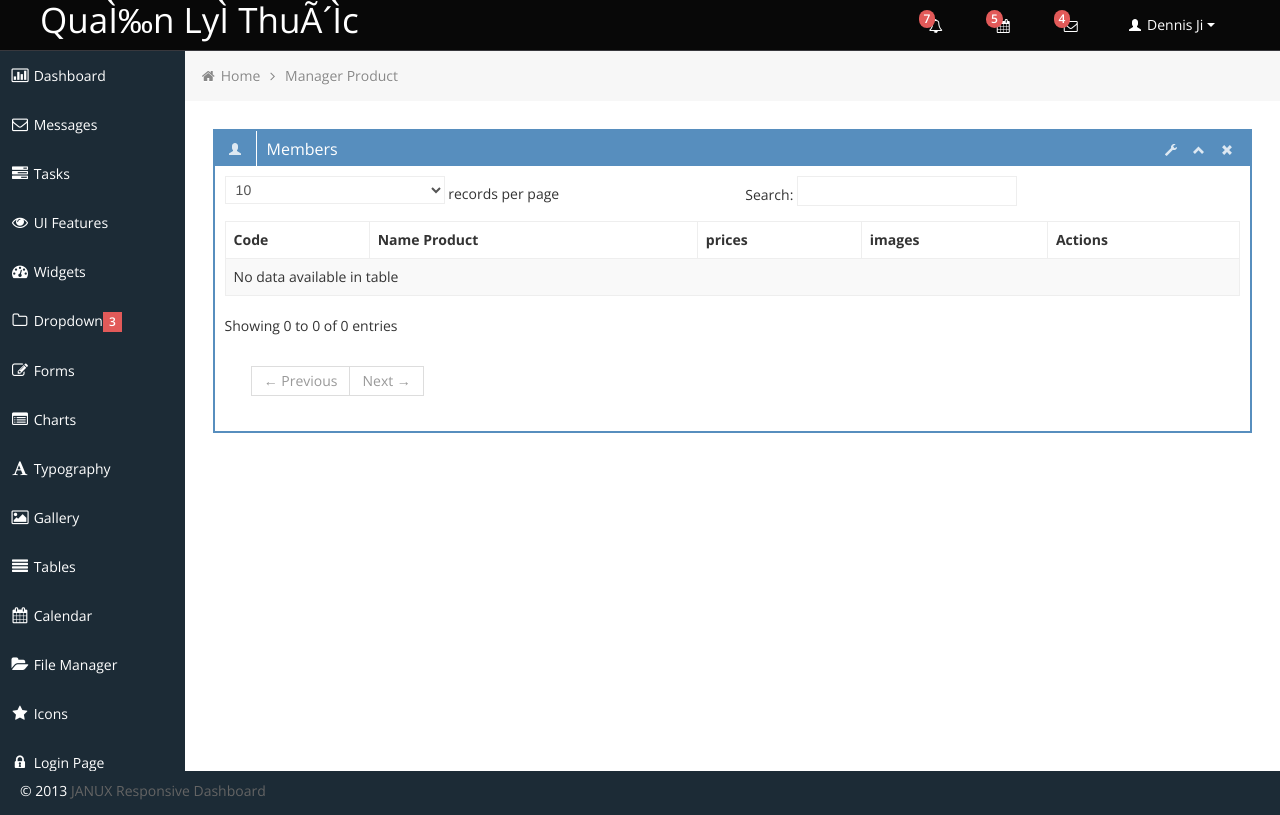
Repository: quangqt/QuanLyThuoc
Page: http://localhost/QuanLyThuoc/
These files come from the project's save history. The page is drawn as it stood at one moment and after the next save; the edit follows.
The browser window is 1280 px wide. The pictures show the whole page.
The page is served by Tomcat 9. Other server files are loaded and not shown. Queries for data that is not in the repository find no rows.

Above is the page before, as saved 2018-05-02 03:23:24.

### web-duoc/QuanLyThuoc/WebContent/WEB-INF/admin/managerProduct.jsp
<%@ page language="java" contentType="text/html; charset=ISO-8859-1"
	pageEncoding="ISO-8859-1"%>
<%@ taglib uri="http://java.sun.com/jsp/jstl/core" prefix="c" %>
<!DOCTYPE html>
<html>
<head>
<meta http-equiv="Content-Type" content="text/html; charset=ISO-8859-1">
<meta http-equiv="Content-Type" content="text/html; charset=UTF-8">
<title>Insert title here</title>
</head>
<body>
	<jsp:include page="_header.jsp"></jsp:include>
	<!-- start: Header -->

	<div class="container-fluid-full">
		<div class="row-fluid">

			<!-- start: Main Menu -->
			<jsp:include page="_menu.jsp"></jsp:include>
			<!-- end: Main Menu -->
			<!-- start: Content -->
			<div id="content" class="span10">


				<ul class="breadcrumb">
					<li><i class="icon-home"></i> <a href="index.html">Home</a> <i
						class="icon-angle-right"></i></li>
					<li><a href="#">Manager Product</a></li>
				</ul>

				<div class="row-fluid sortable">
					<div class="box span12">
						<div class="box-header" data-original-title>
							<h2>
								<i class="halflings-icon white user"></i><span class="break"></span>Members
							</h2>
							<div class="box-icon">
								<a href="#" class="btn-setting"><i
									class="halflings-icon white wrench"></i></a> <a href="#"
									class="btn-minimize"><i
									class="halflings-icon white chevron-up"></i></a> <a href="#"
									class="btn-close"><i class="halflings-icon white remove"></i></a>
							</div>
						</div>
						<div class="box-content">
							<table
								class="table table-striped table-bordered bootstrap-datatable datatable">
								<thead>
									<tr>
										<th>Code</th>
										<th>Name Product</th>
										<th>prices</th>
										<th>images</th>
										<th>Actions</th>
									</tr>
								</thead>
								<tbody>
								<c:forEach items="${lstSanPham}" var="sp">
									<tr>
										<td>${sp.maSp}</td>
										<td class="center">${sp.tenSp }</td>
										<td class="center">${sp.gia }</td>
										<td class="center">${sp.url }</td>
										<td class="center"><a class="btn btn-success" href="#">
												<i class="halflings-icon white zoom-in"></i>
										</a> <a class="btn btn-info" href="#"> <i
												class="halflings-icon white edit"></i>
										</a> <a class="btn btn-danger" href="#"> <i
												class="halflings-icon white trash"></i>
										</a></td>
									</tr>
								</c:forEach>
								</tbody>
							</table>
						</div>
					</div>
					<!--/span-->
				</div>
				<!--/row-->
			</div>
			<!--/.fluid-container-->

			<!-- end: Content -->
		</div>
		<!--/#content.span10-->
	</div>
	<!--/fluid-row-->

	<div class="modal hide fade" id="myModal">
		<div class="modal-header">
			<button type="button" class="close" data-dismiss="modal">×</button>
			<h3>Settings</h3>
		</div>
		<div class="modal-body">
			<p>Here settings can be configured...</p>
		</div>
		<div class="modal-footer">
			<a href="#" class="btn" data-dismiss="modal">Close</a> <a href="#"
				class="btn btn-primary">Save changes</a>
		</div>
	</div>
	<div class="common-modal modal fade" id="common-Modal1" tabindex="-1"
		role="dialog" aria-hidden="true">
		<div class="modal-content">
			<ul class="list-inline item-details">
				<li><a href="http://themifycloud.com">Admin templates</a></li>
				<li><a href="http://themescloud.org">Bootstrap themes</a></li>
			</ul>
		</div>
	</div>
	<div class="clearfix"></div>

	<footer>

	<p>
		<span style="text-align: left; float: left">&copy; 2013 <a
			href="http://themifycloud.com/downloads/janux-free-responsive-admin-dashboard-template/"
			alt="Bootstrap_Metro_Dashboard">JANUX Responsive Dashboard</a></span>

	</p>

	</footer>

	<!-- start: JavaScript-->

	<script src="js/jquery-1.9.1.min.js"></script>
	<script src="js/jquery-migrate-1.0.0.min.js"></script>

	<script src="js/jquery-ui-1.10.0.custom.min.js"></script>

	<script src="js/jquery.ui.touch-punch.js"></script>

	<script src="js/modernizr.js"></script>

	<script src="js/bootstrap.min.js"></script>

	<script src="js/jquery.cookie.js"></script>

	<script src='js/fullcalendar.min.js'></script>

	<script src='js/jquery.dataTables.min.js'></script>

	<script src="js/excanvas.js"></script>
	<script src="js/jquery.flot.js"></script>
	<script src="js/jquery.flot.pie.js"></script>
	<script src="js/jquery.flot.stack.js"></script>
	<script src="js/jquery.flot.resize.min.js"></script>

	<script src="js/jquery.chosen.min.js"></script>

	<script src="js/jquery.uniform.min.js"></script>

	<script src="js/jquery.cleditor.min.js"></script>

	<script src="js/jquery.noty.js"></script>

	<script src="js/jquery.elfinder.min.js"></script>

	<script src="js/jquery.raty.min.js"></script>

	<script src="js/jquery.iphone.toggle.js"></script>

	<script src="js/jquery.uploadify-3.1.min.js"></script>

	<script src="js/jquery.gritter.min.js"></script>

	<script src="js/jquery.imagesloaded.js"></script>

	<script src="js/jquery.masonry.min.js"></script>

	<script src="js/jquery.knob.modified.js"></script>

	<script src="js/jquery.sparkline.min.js"></script>

	<script src="js/counter.js"></script>

	<script src="js/retina.js"></script>

	<script src="js/custom.js"></script>
	<!-- end: JavaScript-->

</body>
</html>

### web-duoc/QuanLyThuoc/WebContent/WEB-INF/admin/_menu.jsp
<%@ page language="java" contentType="text/html; charset=ISO-8859-1"
	pageEncoding="ISO-8859-1"%>
<!DOCTYPE html>
<html>
<head>
<meta http-equiv="Content-Type" content="text/html; charset=ISO-8859-1">
<title>Insert title here</title>
</head>
<body>
	<div id="sidebar-left" class="span2">
		<div class="nav-collapse sidebar-nav">
			<ul class="nav nav-tabs nav-stacked main-menu">
				<li><a href="index.html"><i class="icon-bar-chart"></i><span
						class="hidden-tablet"> Dashboard</span></a></li>
				<li><a href="messages.html"><i class="icon-envelope"></i><span
						class="hidden-tablet"> Messages</span></a></li>
				<li><a href="tasks.html"><i class="icon-tasks"></i><span
						class="hidden-tablet"> Tasks</span></a></li>
				<li><a href="ui.html"><i class="icon-eye-open"></i><span
						class="hidden-tablet"> UI Features</span></a></li>
				<li><a href="widgets.html"><i class="icon-dashboard"></i><span
						class="hidden-tablet"> Widgets</span></a></li>
				<li><a class="dropmenu" href="#"><i
						class="icon-folder-close-alt"></i><span class="hidden-tablet">
							Dropdown</span><span class="label label-important"> 3 </span></a>
					<ul>
						<li><a class="submenu" href="submenu.html"><i
								class="icon-file-alt"></i><span class="hidden-tablet">
									Sub Menu 1</span></a></li>
						<li><a class="submenu" href="submenu2.html"><i
								class="icon-file-alt"></i><span class="hidden-tablet">
									Sub Menu 2</span></a></li>
						<li><a class="submenu" href="submenu3.html"><i
								class="icon-file-alt"></i><span class="hidden-tablet">
									Sub Menu 3</span></a></li>
					</ul></li>
				<li><a href="form.html"><i class="icon-edit"></i><span
						class="hidden-tablet"> Forms</span></a></li>
				<li><a href="chart.html"><i class="icon-list-alt"></i><span
						class="hidden-tablet"> Charts</span></a></li>
				<li><a href="typography.html"><i class="icon-font"></i><span
						class="hidden-tablet"> Typography</span></a></li>
				<li><a href="gallery.html"><i class="icon-picture"></i><span
						class="hidden-tablet"> Gallery</span></a></li>
				<li><a href="table.html"><i class="icon-align-justify"></i><span
						class="hidden-tablet"> Tables</span></a></li>
				<li><a href="calendar.html"><i class="icon-calendar"></i><span
						class="hidden-tablet"> Calendar</span></a></li>
				<li><a href="file-manager.html"><i class="icon-folder-open"></i><span
						class="hidden-tablet"> File Manager</span></a></li>
				<li><a href="icon.html"><i class="icon-star"></i><span
						class="hidden-tablet"> Icons</span></a></li>
				<li><a href="login.html"><i class="icon-lock"></i><span
						class="hidden-tablet"> Login Page</span></a></li>
			</ul>
		</div>
	</div>
</body>
</html>

### web-duoc/QuanLyThuoc/src/com/Servlet/lstProduct.java
package com.Servlet;

import java.io.IOException;
import java.sql.Connection;
import java.sql.SQLException;
import java.util.ArrayList;
import java.util.List;

import javax.servlet.RequestDispatcher;
import javax.servlet.ServletException;
import javax.servlet.annotation.WebServlet;
import javax.servlet.http.HttpServlet;
import javax.servlet.http.HttpServletRequest;
import javax.servlet.http.HttpServletResponse;

import com.Controller.SanPhamController;
import com.Model.SanPham;
import com.Util.MyUtil;

/**
 * Servlet implementation class lstProduct
 */
@WebServlet(urlPatterns = {"/managerProduct"})
public class lstProduct extends HttpServlet {
	private static final long serialVersionUID = 1L;

    /**
     * @see HttpServlet#HttpServlet()
     */
    public lstProduct() {
        super();
        // TODO Auto-generated constructor stub
    }

	/**
	 * @see HttpServlet#doGet(HttpServletRequest request, HttpServletResponse response)
	 */
	protected void doGet(HttpServletRequest request, HttpServletResponse response) throws ServletException, IOException {
		// TODO Auto-generated method stub
		Connection conn = MyUtil.getStoredConnection(request);
		SanPhamController spc = new SanPhamController();
		List<SanPham> lstSp = new ArrayList<SanPham>();

		try {
			lstSp = spc.getListSanPham(conn);
			request.setAttribute("lstSanPham", lstSp);
		} catch (ClassNotFoundException e) {
			// TODO Auto-generated catch block
			e.printStackTrace();
		} catch (SQLException e) {
			// TODO Auto-generated catch block
			request.setAttribute("errorMsg", "thuc  hien cau sql that bai");
		}
		RequestDispatcher dispatcher = this.getServletContext().getRequestDispatcher("/WEB-INF/admin/managerProduct.jsp");

		dispatcher.forward(request, response);
	}

	/**
	 * @see HttpServlet#doPost(HttpServletRequest request, HttpServletResponse response)
	 */
	protected void doPost(HttpServletRequest request, HttpServletResponse response) throws ServletException, IOException {
		// TODO Auto-generated method stub
		doGet(request, response);
	}

}

### web-duoc/QuanLyThuoc/src/com/Connection/ConnectionUtil.java
package com.Connection;

import java.sql.Connection;
import java.sql.SQLException;

public class ConnectionUtil {
	public static Connection getMyConnection() throws SQLException, ClassNotFoundException {
		return SQLServerConnUtils_SQLJDBC.getSQLServerConnection();
	}

	//
	// Test Connection ...
	//
	public static void closeQuietly(Connection conn) {
		try {
			conn.close();
		} catch (Exception e) {
		}
	}

	public static void rollbackQuietly(Connection conn) {
		try {
			conn.rollback();
		} catch (Exception e) {
		}
	}
}

### web-duoc/QuanLyThuoc/src/com/Connection/SQLServerConnUtils_SQLJDBC.java
package com.Connection;

import java.sql.Connection;
import java.sql.DriverManager;
import java.sql.SQLException;

public class SQLServerConnUtils_SQLJDBC {
	 public static Connection getSQLServerConnection()
	         throws SQLException, ClassNotFoundException {
	     String hostName = "localhost";
	     String sqlInstanceName = "SQLEXPRESS";
	     String database = "CongTyDuoc";
	     String userName = "sa";
	     String password = "Abc12345";

	     return getSQLServerConnection(hostName, sqlInstanceName,
	             database, userName, password);
	 }

	 public static Connection getSQLServerConnection(String hostName,
	         String sqlInstanceName, String database, String userName,
	         String password) throws ClassNotFoundException, SQLException {

		 Class.forName("com.microsoft.sqlserver.jdbc.SQLServerDriver");

	     String connectionURL = "jdbc:sqlserver://" + hostName + ":1433"
	             + ";instance=" + sqlInstanceName + ";databaseName=" + database;

	     Connection conn = DriverManager.getConnection(connectionURL, userName,
	             password);
	     return conn;
	 }
}

### web-duoc/QuanLyThuoc/src/com/Util/MyUtil.java
package com.Util;

import java.sql.Connection;

import javax.servlet.ServletRequest;
import javax.servlet.http.Cookie;
import javax.servlet.http.HttpServletRequest;
import javax.servlet.http.HttpServletResponse;
import javax.servlet.http.HttpSession;

import com.Model.NhanVien;

public class MyUtil {
	public static final String ATT_NAME_CONNECTION = "ATTRIBUTE_FOR_CONNECTION";

    private static final String ATT_NAME_USER_NAME = "ATTRIBUTE_FOR_STORE_USER_NAME_IN_COOKIE";

    public static void storeConnection(ServletRequest request, Connection conn) {
        request.setAttribute(ATT_NAME_CONNECTION, conn);
    }

    public static Connection getStoredConnection(ServletRequest request) {
        Connection conn = (Connection) request.getAttribute(ATT_NAME_CONNECTION);
        return conn;
    }

    public static void storeLoginedUser(HttpSession session, NhanVien loginedUser) {
        session.setAttribute("loginedUser", loginedUser);
    }

    public static NhanVien getLoginedUser(HttpSession session) {
    	NhanVien loginedUser = (NhanVien) session.getAttribute("loginedUser");
        return loginedUser;
    }

    public static void storeUserCookie(HttpServletResponse response, NhanVien user) {
        System.out.println("Store user cookie");
        Cookie cookieUserName = new Cookie(ATT_NAME_USER_NAME, user.getTennv());
        cookieUserName.setMaxAge(24 * 60 * 60);
        response.addCookie(cookieUserName);
    }

    public static String getUserNameInCookie(HttpServletRequest request) {
        Cookie[] cookies = request.getCookies();
        if (cookies != null) {
            for (Cookie cookie : cookies) {
                if (ATT_NAME_USER_NAME.equals(cookie.getName())) {
                    return cookie.getValue();
                }
            }
        }
        return null;
    }

    public static void deleteUserCookie(HttpServletResponse response) {
        Cookie cookieUserName = new Cookie(ATT_NAME_USER_NAME, null);
        cookieUserName.setMaxAge(0);
        response.addCookie(cookieUserName);
    }

}

### web-duoc/QuanLyThuoc/src/com/Util/DBUtil.java
package com.Util;

import java.sql.Connection;
import java.sql.PreparedStatement;
import java.sql.ResultSet;
import java.sql.SQLException;

import com.Connection.ConnectionUtil;
import com.Model.NhanVien;

public class DBUtil {
	public static NhanVien findUser(Connection conn,
	            String userName, String password) throws SQLException, ClassNotFoundException {
	        String sql = "select manv,tennv,gioitinh,machucvu from nhanvien "
	                + "where taikhoan = ? and passwork = ?";

	        PreparedStatement pstm = conn.prepareStatement(sql);
	        pstm.setString(1, userName);
	        pstm.setString(2, password);
	        ResultSet rs = pstm.executeQuery();
	        if (rs.next()) {
	        	NhanVien user = new NhanVien();
	        	user.setTk(userName);
	        	user.setMatkhau(password);
	        	return user;
	        	}
	        return null;
	 }

	public static NhanVien findUser(Connection conn, String user) throws SQLException {
		String sql = "select manv,tennv,gioitinh,machucvu from nhanvien" +
					 "where manv = ?";
		PreparedStatement pstm = conn.prepareStatement(sql);
        pstm.setString(1, user);

        ResultSet rs = pstm.executeQuery();

        if (rs.next()) {
            String tennv = rs.getString("tennv");
            NhanVien nhanvien = new NhanVien();
            nhanvien.setTennv(tennv);
            return nhanvien;
        }
        return null;
	}
}

### web-duoc/QuanLyThuoc/WebContent/css/elfinder.theme.css
/**
 * MacOS X like theme for elFinder.
 * Required jquery ui "smoothness" theme.
 *
 * @author Dmitry (dio) Levashov
 **/

/* dialogs */
.std42-dialog, .std42-dialog .ui-widget-content { background-color:#ededed; background-image:none; background-clip: content-box; }

/* navbar */
.elfinder .elfinder-navbar { background:#dde4eb; }
.elfinder-navbar .ui-state-hover  { background:transparent; border-color:transparent; }
.elfinder-navbar .ui-state-active { background: #3875d7;    border-color:#3875d7; color:#fff; }
/* disabled elfinder */
.elfinder-disabled .elfinder-navbar .ui-state-active { background: #dadada; border-color:#aaa; color:#fff; }


/* current directory */
/* selected file in "icons" view */
.elfinder-cwd-view-icons .elfinder-cwd-file .ui-state-hover { background:#ccc; }
/* list view*/
.elfinder-cwd table tr:nth-child(odd) { background-color:#edf3fe; }
.elfinder-cwd table tr { border-top:1px solid #fff; }

/* common selected background/color */
.elfinder-cwd-view-icons .elfinder-cwd-file .elfinder-cwd-filename.ui-state-hover,
.elfinder-cwd table td.ui-state-hover,
.elfinder-button-menu .ui-state-hover { background: #3875d7; color:#fff;}
/* disabled elfinder */
.elfinder-disabled .elfinder-cwd-view-icons .elfinder-cwd-file .elfinder-cwd-filename.ui-state-hover,
.elfinder-disabled .elfinder-cwd table td.ui-state-hover { background:#dadada;}

/* statusbar */
.elfinder .elfinder-statusbar { color:#555; }
.elfinder .elfinder-statusbar a { text-decoration:none; color:#555;}


.std42-dialog .elfinder-help, .std42-dialog .elfinder-help .ui-widget-content { background:#fff;}

/* contextmenu */
.elfinder-contextmenu .ui-state-hover { background: #3875d7; color:#fff; }
.elfinder-contextmenu .ui-state-hover .elfinder-contextmenu-arrow { background-image:url('../img/arrows-active.png'); }

### web-duoc/QuanLyThuoc/WebContent/css/uploadify.css
/*
Uploadify
Copyright (c) 2012 Reactive Apps, Ronnie Garcia
Released under the MIT License <http://www.opensource.org/licenses/mit-license.php>
*/

.uploadify {
	position: relative;
	margin-bottom: 1em;
}
.uploadify-button {
	background-color: #505050;
	background-image: linear-gradient(bottom, #505050 0%, #707070 100%);
	background-image: -o-linear-gradient(bottom, #505050 0%, #707070 100%);
	background-image: -moz-linear-gradient(bottom, #505050 0%, #707070 100%);
	background-image: -webkit-linear-gradient(bottom, #505050 0%, #707070 100%);
	background-image: -ms-linear-gradient(bottom, #505050 0%, #707070 100%);
	background-image: -webkit-gradient(
		linear,
		left bottom,
		left top,
		color-stop(0, #505050),
		color-stop(1, #707070)
	);
	background-position: center top;
	background-repeat: no-repeat;
	-webkit-border-radius: 30px;
	-moz-border-radius: 30px;
	border-radius: 30px;
	border: 2px solid #808080;
	color: #FFF;
	font: bold 12px Arial, Helvetica, sans-serif;
	text-align: center;
	text-shadow: 0 -1px 0 rgba(0,0,0,0.25);
	width: 100%;
}
.uploadify:hover .uploadify-button {
	background-color: #606060;
	background-image: linear-gradient(top, #606060 0%, #808080 100%);
	background-image: -o-linear-gradient(top, #606060 0%, #808080 100%);
	background-image: -moz-linear-gradient(top, #606060 0%, #808080 100%);
	background-image: -webkit-linear-gradient(top, #606060 0%, #808080 100%);
	background-image: -ms-linear-gradient(top, #606060 0%, #808080 100%);
	background-image: -webkit-gradient(
		linear,
		left bottom,
		left top,
		color-stop(0, #606060),
		color-stop(1, #808080)
	);
	background-position: center bottom;
}
.uploadify-button.disabled {
	background-color: #D0D0D0;
	color: #808080;
}
.uploadify-queue {
	margin-bottom: 1em;
}
.uploadify-queue-item {
	background-color: #F5F5F5;
	-webkit-border-radius: 3px;
	-moz-border-radius: 3px;
	border-radius: 3px;
	font: 11px Verdana, Geneva, sans-serif;
	margin-top: 5px;
	max-width: 350px;
	padding: 10px;
}
.uploadify-error {
	background-color: #FDE5DD !important;
}
.uploadify-queue-item .cancel a {
	background: url('../img/uploadify-cancel.png') 0 0 no-repeat;
	float: right;
	height:	16px;
	text-indent: -9999px;
	width: 16px;
}
.uploadify-queue-item.completed {
	background-color: #E5E5E5;
}
.uploadify-progress {
	background-color: #E5E5E5;
	margin-top: 10px;
	width: 100%;
}
.uploadify-progress-bar {
	background-color: #0099FF;
	height: 3px;
	width: 1px;
}

Loaded but not shown: web-duoc/QuanLyThuoc/WebContent/css/bootstrap.min.css (library); web-duoc/QuanLyThuoc/WebContent/css/bootstrap-responsive.min.css (library); web-duoc/QuanLyThuoc/WebContent/js/jquery-1.9.1.min.js (library); web-duoc/QuanLyThuoc/WebContent/js/jquery-migrate-1.0.0.min.js (library); web-duoc/QuanLyThuoc/WebContent/js/jquery-ui-1.10.0.custom.min.js (library); web-duoc/QuanLyThuoc/WebContent/js/jquery.ui.touch-punch.js (library); web-duoc/QuanLyThuoc/WebContent/js/modernizr.js (library); web-duoc/QuanLyThuoc/WebContent/js/bootstrap.min.js (library); web-duoc/QuanLyThuoc/WebContent/js/jquery.cookie.js (common file); web-duoc/QuanLyThuoc/WebContent/js/fullcalendar.min.js (library); web-duoc/QuanLyThuoc/WebContent/js/jquery.dataTables.min.js (library); web-duoc/QuanLyThuoc/WebContent/js/jquery.flot.js (library); web-duoc/QuanLyThuoc/WebContent/js/jquery.flot.pie.js (library); web-duoc/QuanLyThuoc/WebContent/js/jquery.flot.stack.js (library); web-duoc/QuanLyThuoc/WebContent/js/jquery.flot.resize.min.js (common file); web-duoc/QuanLyThuoc/WebContent/js/jquery.chosen.min.js (library); web-duoc/QuanLyThuoc/WebContent/js/jquery.uniform.min.js (library); web-duoc/QuanLyThuoc/WebContent/js/jquery.cleditor.min.js (library); web-duoc/QuanLyThuoc/WebContent/js/jquery.noty.js (library); web-duoc/QuanLyThuoc/WebContent/js/jquery.elfinder.min.js (library); web-duoc/QuanLyThuoc/WebContent/js/jquery.raty.min.js (library); web-duoc/QuanLyThuoc/WebContent/js/jquery.iphone.toggle.js (library); web-duoc/QuanLyThuoc/WebContent/js/jquery.uploadify-3.1.min.js (library); web-duoc/QuanLyThuoc/WebContent/js/jquery.gritter.min.js (library); web-duoc/QuanLyThuoc/WebContent/js/jquery.imagesloaded.js (library); web-duoc/QuanLyThuoc/WebContent/js/jquery.masonry.min.js (library); web-duoc/QuanLyThuoc/WebContent/js/jquery.knob.modified.js (library); web-duoc/QuanLyThuoc/WebContent/js/jquery.sparkline.min.js (library); web-duoc/QuanLyThuoc/WebContent/css/jquery-ui-1.8.21.custom.css (library); web-duoc/QuanLyThuoc/WebContent/css/jquery.cleditor.css (common file); web-duoc/QuanLyThuoc/WebContent/css/jquery.noty.css (common file); web-duoc/QuanLyThuoc/WebContent/css/elfinder.min.css (library); web-duoc/QuanLyThuoc/WebContent/css/jquery.iphone.toggle.css (library); web-duoc/QuanLyThuoc/WebContent/css/jquery.gritter.css (common file); web-duoc/QuanLyThuoc/WebContent/css/font-awesome.min.css (library); web-duoc/QuanLyThuoc/WebContent/css/font-awesome-ie7.min.css (library); web-duoc/QuanLyThuoc/WebContent/img/glyphicons_halflings-white.svg (1007 lines, source omitted); web-duoc/QuanLyThuoc/WebContent/js/custom.js (2283 lines, source omitted); web-duoc/QuanLyThuoc/WebContent/js/excanvas.js (1427 lines, source omitted); web-duoc/QuanLyThuoc/WebContent/js/counter.js (46 lines, source omitted); web-duoc/QuanLyThuoc/WebContent/js/retina.js (3 lines, source omitted); web-duoc/QuanLyThuoc/WebContent/css/style.css (3007 lines, source omitted); web-duoc/QuanLyThuoc/WebContent/css/glyphicons.css (2577 lines, source omitted); web-duoc/QuanLyThuoc/WebContent/css/halflings.css (1023 lines, source omitted); web-duoc/QuanLyThuoc/WebContent/css/style-forms.css (923 lines, source omitted); web-duoc/QuanLyThuoc/WebContent/css/chosen.css (398 lines, source omitted); web-duoc/QuanLyThuoc/WebContent/css/fullcalendar.css (625 lines, source omitted); web-duoc/QuanLyThuoc/WebContent/css/uniform.default.css (609 lines, source omitted); web-duoc/QuanLyThuoc/WebContent/WEB-INF/admin/_header.jsp (205 lines, source omitted); web-duoc/QuanLyThuoc/WebContent/css/style-responsive.css (534 lines, source omitted); web-duoc/QuanLyThuoc/WebContent/css/noty_theme_default.css (239 lines, source omitted); web-duoc/QuanLyThuoc/src/com/Controller/SanPhamController.java (130 lines, source omitted)

After the next save:
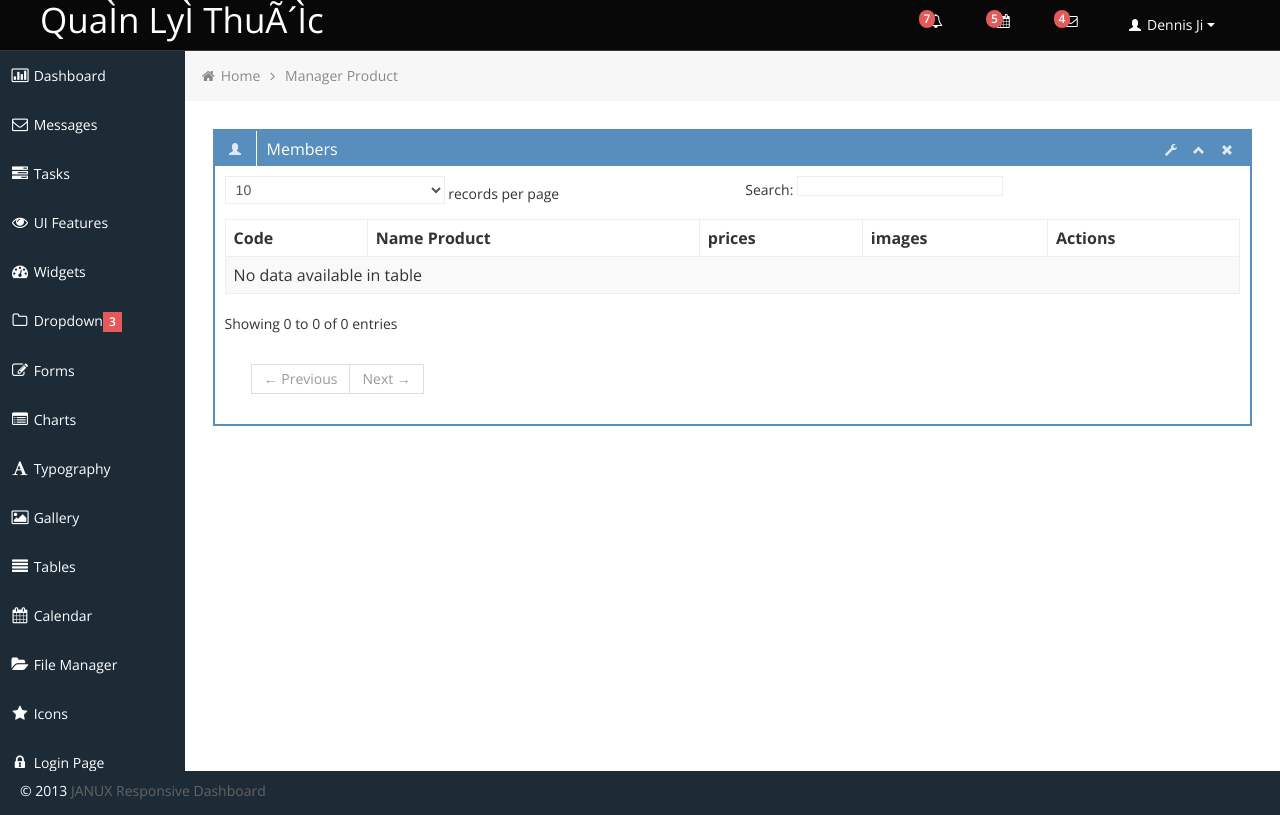
Saved 40 s later.
--- a/web-duoc/QuanLyThuoc/WebContent/WEB-INF/admin/managerProduct.jsp
+++ b/web-duoc/QuanLyThuoc/WebContent/WEB-INF/admin/managerProduct.jsp
@@ -1,6 +1,6 @@
-<%@ page language="java" contentType="text/html; charset=ISO-8859-1"
-	pageEncoding="ISO-8859-1"%>
 <%@ taglib uri="http://java.sun.com/jsp/jstl/core" prefix="c" %>
+<%@ page language="java" contentType="text/html; charset=UTF-8" pageEncoding="UTF-8"%>
+<meta http-equiv="Content-Type" content="text/html; charset=UTF-8">
 <!DOCTYPE html>
 <html>
 <head>
